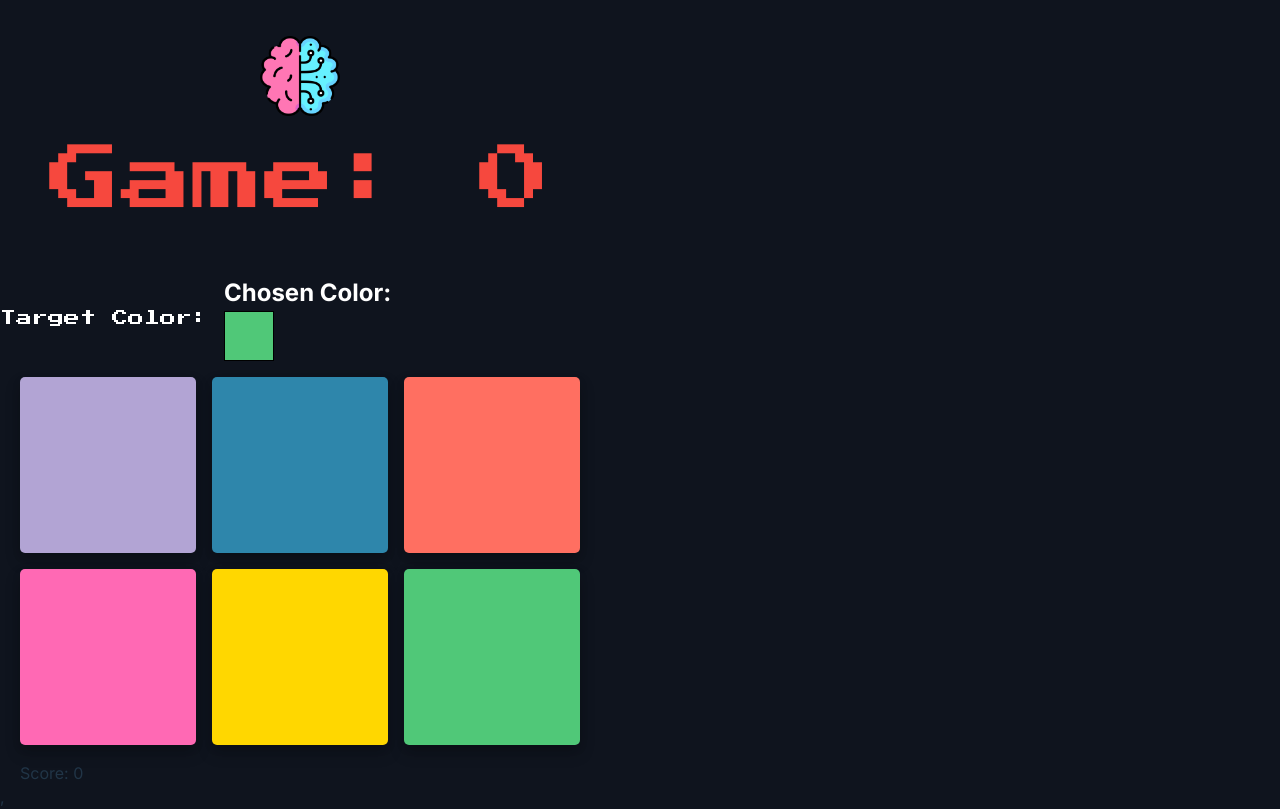
Repository: Shenixo/Color_match_game
Page: /game_play
An editor plug-in stored every save of this project. The page is shown before and after the next save, followed by the edit.
The browser window is 1280 px wide. The pictures show the whole page.
The project was rebuilt for these pictures with package versions that can differ from the ones it lists, and the page was loaded fresh each time. Also part of the build but not shown: vite.config.js, src/Components/Tab/Tab.css, src/Components/Tab/Tab.jsx, src/Pages/Home/Home.jsx, src/Pages/Rules/Rules.css, src/Pages/Rules/Rules.jsx, src/Pages/Sound/Sound.jsx. Imported but missing from the stored project, and not drawn on this page: src/assets/button_clicks.wav, src/assets/game_theme_sound.mp4.

Above is the page before, as saved 2025-02-04 01:21:48.

### index.html
<!DOCTYPE html>
<html lang="en">
  <head>
    <meta charset="UTF-8" />
    <link rel="icon" type="image/svg+xml" href="/vite.svg" />
    <meta name="viewport" content="width=device-width, initial-scale=1.0" />
    <link rel="preconnect" href="https://fonts.googleapis.com" />
    <link rel="preconnect" href="https://fonts.gstatic.com" crossorigin />
    <link rel="preconnect" href="https://fonts.googleapis.com">
<link rel="preconnect" href="https://fonts.gstatic.com" crossorigin>
<link href="https://fonts.googleapis.com/css2?family=Inter:ital,opsz,wght@0,14..32,100..900;1,14..32,100..900&family=Poppins:ital,wght@0,100;0,200;0,300;0,400;0,500;0,600;0,700;0,800;0,900;1,100;1,200;1,300;1,400;1,500;1,600;1,700;1,800;1,900&family=Press+Start+2P&display=swap" rel="stylesheet">
    <title>Color Match</title>
  </head>
  <body>
    <div id="root"></div>
    <script type="module" src="/src/main.jsx"></script>
  </body>
</html>

### src/App.jsx
import { Route, Routes } from "react-router-dom";
import "./App.css";
import Home from "./Pages/Home/Home";
import Rules from "./Pages/Rules/Rules";
import Sound from "./Pages/Sound/Sound";
import GamePlay from "./Pages/GamePlay/GamePlay";

function App() {
  return (
    <div>
      <Routes>
        <Route path="/" element={<Home />} />
        <Route path="/game_play" element={<GamePlay/>}/>
        <Route path="/rules" element={<Rules />} />
        <Route path="/sound" element={<Sound />} />
      </Routes>
    </div>
  );
}

export default App;

### src/App.css
*{
  padding: 0;
  margin: 0;
  box-sizing: border-box;
  font-family: "Inter", serif;
}
body{
  background: #0f141e;
}

### src/Pages/GamePlay/GamePlay.jsx
import {Card, listenForScoreUpdates } from "../../Components/Card/Card"
import Title from "../../Components/Title/Title"
import "./GamePlay.css"
import ScoreNdColorBox from "../../Components/ScoreNdColorBox/ScoreNdColorBox"
import { useEffect, useState } from "react"

const GamePlay = () => {
  const [score, setScore] = useState(0);
  useEffect(() => {
    listenForScoreUpdates(setScore);
  }, []);
  return (
    <div>
      <div className="container">
        <Title content={`Game: ${score}`} />
        <div className="game-tab">
        <ScoreNdColorBox/>
        </div>
        <Card/>
      </div>
    </div>
  )
}

export default GamePlay

### src/Components/Title/Title.jsx
/* eslint-disable react/prop-types */
import "./Title.css"
import brain from "../../assets/brain.png"
import { Link } from "react-router-dom"
import { TabClick } from "../../Components/Sound/Sound";
const Title = ({content}) => {
  return (
    <div className="title">
          <h1>{content}</h1>
          <Link to="/">
          <img src={brain} onClick={TabClick} alt="Brain image" width={80} />
          </Link>
    </div>
  )
}

export default Title

### src/Pages/Home/Home.css
.home{
    width: 100%;
    max-height: 100svh;
}
.container{
    display: flex;
    align-items: center;
    justify-content: center;
    margin-top: 6%;
    flex-direction: column;
    gap: 1rem;
}

### src/Components/Sound/Sound.jsx
import Game_sound from "../../assets/game_theme_sound.mp4";
import Tab_sound from "../../assets/button_clicks.wav";

let game_theme = new Audio(Game_sound);
game_theme.loop = true;
const GameTheme = () => {
  if (game_theme.paused) {
    game_theme.play();
  } else {
    game_theme.pause();
    game_theme.currentTime = 0;
  }
};


const TabClick = () => {
  const tab_clicks = new Audio(Tab_sound)
  tab_clicks.play()
}
export { GameTheme, TabClick };

### src/Components/Card/Card.jsx
import { useState, useEffect } from "react";
import "./Card.css";
import { TabClick } from "../../Components/Sound/Sound";

const fineColors = [
  "#2E86AB",
  "#FF6F61",
  "#50C878",
  "#B2A4D4",
  "#FFD700",
  "#FF69B4",
];

let score = 0;
const setGlobalScore = (newScore) => {
  score = newScore;
  document.dispatchEvent(new CustomEvent("scoreUpdated", { detail: score }));
};

const Card = () => {
  const cardArr = Array.from({ length: 6 });
  const [shuffledColors, setShuffledColors] = useState([...fineColors]);
  const [localScore, setLocalScore] = useState(score);
  const [chosenColor, setChosenColor] = useState(null);
  const [clickEnabled, setClickEnabled] = useState(false);
  const [showHint, setShowHint] = useState(true);

  useEffect(() => {
    startNewRound();
  }, []);

  const startNewRound = () => {
    setClickEnabled(false);
    setShowHint(true);

    const randomColor = fineColors[Math.floor(Math.random() * fineColors.length)];
    setChosenColor(randomColor);

    // Dispatch the chosen color event
    document.dispatchEvent(new CustomEvent("colorChosen", { detail: randomColor }));

    setTimeout(() => {
      const shuffled = [...fineColors].sort(() => Math.random() - 0.5);
      setShuffledColors(shuffled);
      setClickEnabled(true);
      setShowHint(false);
    }, 4000);
  };

  const handleWinState = () => {
    setLocalScore((prev) => {
      const newScore = prev + 1;
      setGlobalScore(newScore);
      return newScore;
    });
  };

  const handleLoseState = () => {
    setLocalScore((prev) => {
      const newScore = prev - 1;
      setGlobalScore(newScore);
      return newScore;
    });
  };

  const handleCheckPlayerClick = (clickedIndex) => {
    if (!clickEnabled) return;

    const clickedColor = shuffledColors[clickedIndex];

    if (clickedColor === chosenColor) {
      handleWinState();
    } else {
      handleLoseState();
    }

    TabClick();
    setClickEnabled(false);

    setTimeout(() => {
      startNewRound();
    }, 1000);
  };

  return (
    <div className="card">
      {cardArr.map((_, idx) => (
        <button
          onClick={() => handleCheckPlayerClick(idx)}
          className={showHint && shuffledColors[idx] === chosenColor ? "chosen_card" : ""}
          style={{ background: shuffledColors[idx] }}
          key={idx}
          disabled={!clickEnabled}
        />
      ))}
      <p>Score: {localScore}</p>
    </div>
  );
};

export { Card, setGlobalScore };

export const listenForScoreUpdates = (callback) => {
  document.addEventListener("scoreUpdated", (event) => {
    callback(event.detail);
  });
};

### src/Pages/GamePlay/GamePlay.css
.game-tab{
    display: flex;
    align-items: center;
    justify-content: space-between;
    width: 600px;
}

### src/Components/ScoreNdColorBox/ScoreNdColorBox.jsx
import ChosenColor from "../ChosenColorDisplay/ChosenColorDisplay"

import "./ScoreNdColorBox.css";
const ScoreNdColorBox = () => {

  return (
    <div className="score_nd_color_box">
      <div className="target_card">
        <p>Target Color:</p>{" "}
        <ChosenColor/>
      </div>
    </div>
  );
};

export default ScoreNdColorBox;

/*Nahhh this is worst the cards first appears first without color then i think a card is first chosen in this state without colors then after the colors suddenly appears and then another card is being chosen how ami supposed to work with this The flow should be that one random card gets selected it shuffles and i have to click on the card that was chosen to add to my score and if i fail to do this my score gets deducted this shoud be the flow */


/*
i need you to help me with something i am working on a color game where a random card is first selected and then it shuffles after shuffling i have to pick the card that was chosen to initially to win we must make sure to still track the index of the card that was chosen before even after shuffling because this is what would be used to track player click and also since the index of the chosen card would change after shuffling so i can update my scores correctly i would send you my code now and i want you to help me make the corrections so the code can work correctly as expected got it?! */

### src/Components/Title/Title.css
.title {
  display: flex;
  align-items: center;
  gap: 1rem;
  color: #f6483e;
  font-size: 1.4rem;
  margin-bottom: 2.5rem;
  flex-direction: column-reverse;
}
.title h1 {
  font-family: "Press Start 2P", serif;
}

### src/Components/Card/Card.css
.card {
  display: grid;
  grid-template-columns: 1fr 1fr 1fr;
  gap: 1rem;
  transition: all 0.5s ease-in-out;
  justify-content: center;
  align-items: center;
  position: relative;
}
.card button {
  width: 11rem;
  cursor: pointer;
  height: 11rem;
  border-radius: 5px;
  transition: transform 0.5s ease-in-out, opacity 0.5s ease-in-out;
  box-shadow: 0px 8px 16px rgba(0, 0, 0, 0.2), 0px 4px 8px rgba(0, 0, 0, 0.1);
  transition: .5s;
  border: none;
}
.card div:active{
  scale: .85;
}

.chosen_card {
  animation: pulse 1.2s 3 ease-in-out;
}

@keyframes pulse {
  0% {
    transform: scale(1);
  }
  50% {
    transform: scale(1.1);
  }
  100% {
    transform: scale(1);
  }
}

.card.collapse div {
  transform: scale(0.1) translate(-50%, -50%);
  opacity: 0;
}

.card.spread div {
  transform: scale(1) translate(0, 0);
  opacity: 1;
}

@media only screen and (max-width: 880px) {
  .card {
    grid-template-columns: 1fr 1fr;
  }
}

### src/Components/ChosenColorDisplay/ChosenColorDisplay.jsx
import { useState, useEffect } from "react";

const ChosenColorDisplay = () => {
  const [chosenColor, setChosenColor] = useState(null);

  useEffect(() => {
    const handleColorChosen = (event) => {
      setChosenColor(event.detail);
    };
    document.addEventListener("colorChosen", handleColorChosen);

    return () => {
      document.removeEventListener("colorChosen", handleColorChosen);
    };
  }, []);

  return (
    <div>
      <h2>Chosen Color:</h2>
      <div
        style={{
          width: "50px",
          height: "50px",
          backgroundColor: chosenColor,
          border: "1px solid black",
        }}
      />
    </div>
  );
};

export default ChosenColorDisplay;

### src/Components/ScoreNdColorBox/ScoreNdColorBox.css

.random_card{
    border-radius: 5px;
    height: 2.4rem;
    width: 2.4rem;
}
.target_card{
    display: flex;
    align-items: center;
    gap: 1rem;
    font-size: 1rem;
    color: white;
}
.target_card p{
    font-family: "Press Start 2P", serif;

}

Loaded but not shown: src/main.jsx (common file); src/index.css (common file)

After the next save:
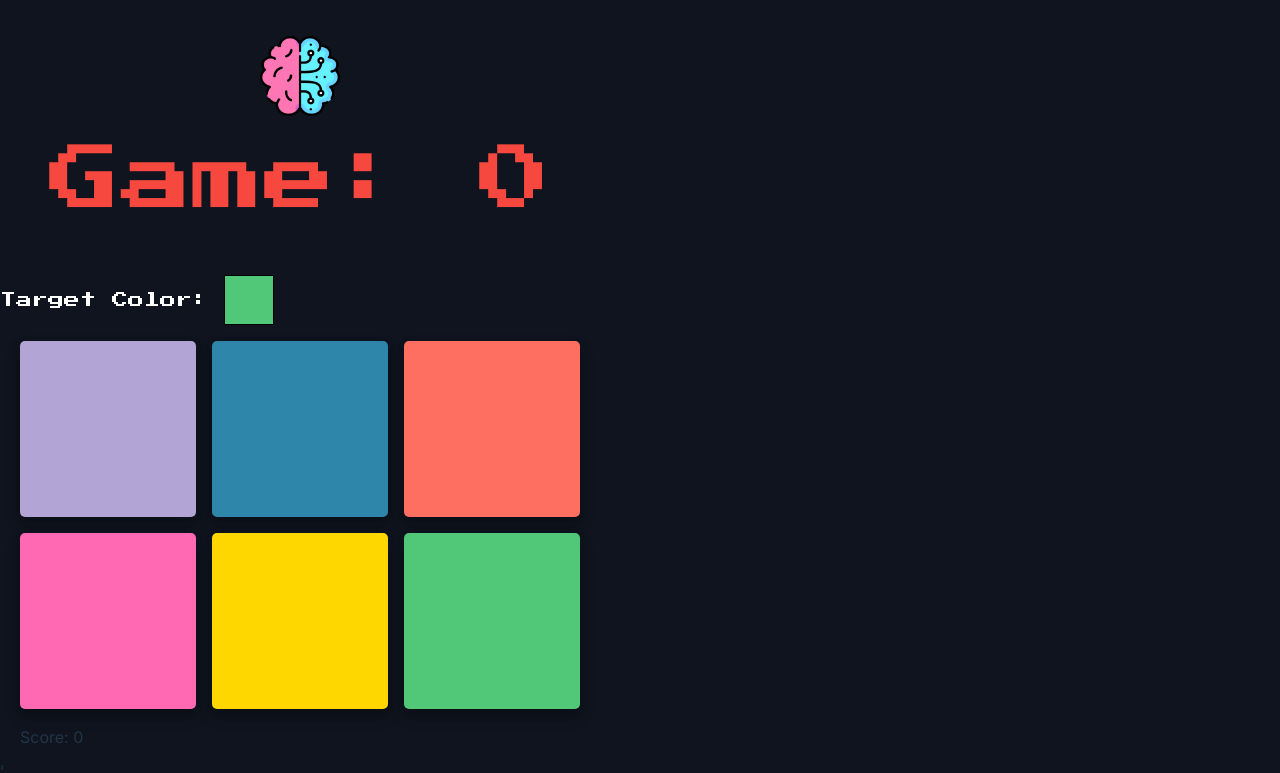
Saved 23 s later.
--- a/src/Components/ChosenColorDisplay/ChosenColorDisplay.jsx
+++ b/src/Components/ChosenColorDisplay/ChosenColorDisplay.jsx
@@ -16,7 +16,6 @@ const ChosenColorDisplay = () => {
 
   return (
     <div>
-      <h2>Chosen Color:</h2>
       <div
         style={{
           width: "50px",
